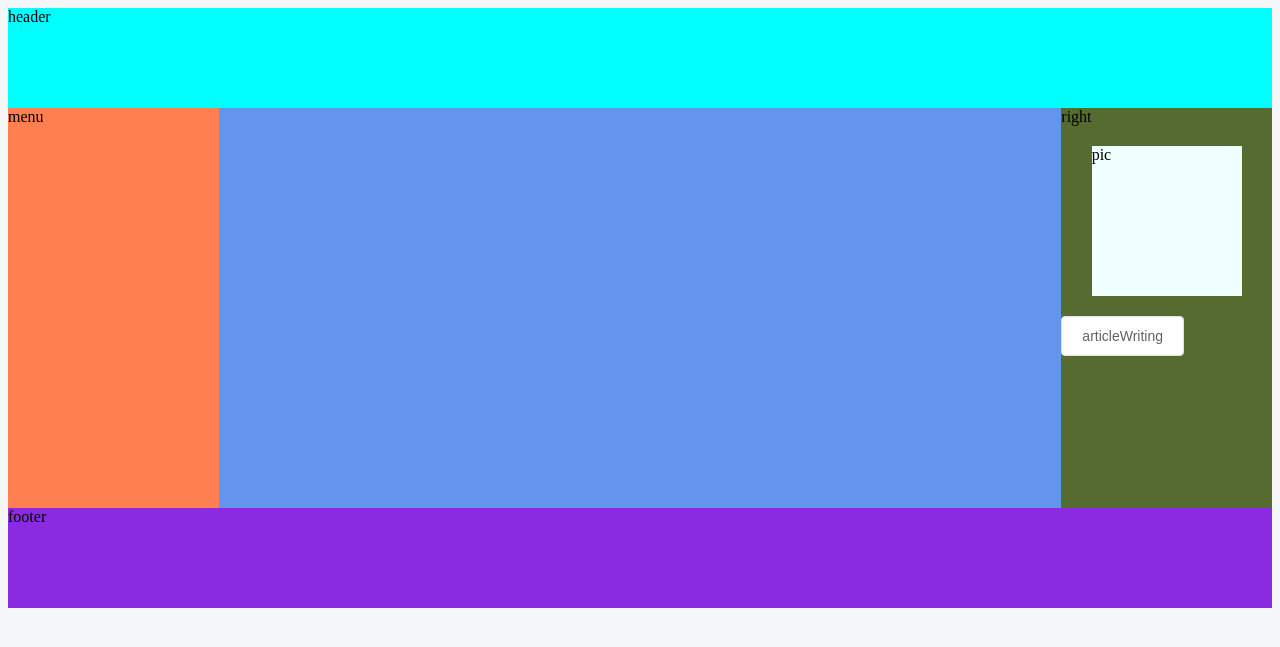
Repository: greden0814/myBlog
Page: /#/pages/myInfo
The author's editor kept a copy of each file at every save. The page is drawn from the files as they stood at one save, then again after the next save.
The browser window is 1280 px wide. The pictures show the whole page.
The page's requests for data from a server got no answer. The project was rebuilt for these pictures with package versions that can differ from the ones it lists, and the page was loaded fresh each time. No one was signed in, and anything a server would have sent is missing.

Above is the page before, as saved 2021-07-27 19:53:34.

### index.html
<!DOCTYPE html>
<html>
  <head>
    <meta charset="utf-8">
    <meta name="viewport" content="width=device-width,initial-scale=1.0">
    <title>myblog</title>
  </head>
  <body>
    <div id="app"></div>
    <!-- built files will be auto injected -->
  </body>
</html>

### src/main.js
// The Vue build version to load with the `import` command
// (runtime-only or standalone) has been set in webpack.base.conf with an alias.
import Vue from 'vue'
import App from './App'
import router from './router'
import ElementUI from 'element-ui'
import axios from '@/utils/request.js'
import 'element-ui/lib/theme-chalk/index.css'

Vue.use(ElementUI)
Vue.config.productionTip = false
Vue.prototype.$axios = axios

/* eslint-disable no-new */
new Vue({
  el: '#app',
  router,
  components: { App },
  template: '<App/>'
})

### src/App.vue
<template>
  <div id="app">
    <!-- <img src="./assets/logo.png"> -->
    <router-view/>
  </div>
</template>

<script>
export default {
  name: 'App'
}
</script>

<style>
  body {
    background-color: rgb(245, 246, 247);
  }
</style>

### src/router/index.js
import Vue from 'vue'
import Router from 'vue-router'

Vue.use(Router)

// const originalPush = Router.prototype.push
// Router.prototype.push = function push(location) {
//   return originalPush.call(this, location).catch(err => err)
// }
export default new Router({
  routes: [
    {
      path: '/',
      name: 'login',
      component: () => import('@/views/login')
    }, {
      path: '/pages/indexPage',
      name: 'myblog',
      component: () => import('@/views/indexPage')
    }, {
      path: '/pages/myInfo',
      name: 'myInfo',
      component: () => import('@/views/myInfo')
    },{
      path: '/pages/tableManage',
      name: 'tableManage',
      component: () => import('@/views/tableManage')
    },{
      path: '/pages/articles',
      name: 'articles',
      component: () => import('@/views/articles')
    },{
      path: '/pages/articles/writing',
      name: 'writing',
      component: () => import('@/views/articles/writing')
    }
  ]
})

### src/utils/request.js
import axios from "axios"
import qs from 'qs'

//根据环境变量区分接口默认地址这里看自己需求配
switch(process.env.NODE_ENV){
    case "production":
        axios.defaults.baseURL="http://127.0.0.1:3000"
        break;
    case "test":
        axios.defaults.baseURL="http://192.168.1.1"
        break;
    default:
        axios.defaults.baseURL="http://localhost:3000"
}

//设置超时时间和跨域是否携带凭证
axios.defaults.timeout=10000;
//设置CORS跨域允许携带凭证
axios.defaults.withCredentials=true;

// axios.defaults.headers['Content-Type']='application/x-www-form-urlencoded'
axios.defaults.headers['Content-Type']="application/json"

// axios.defaults.transformRequest=data=>qs.stringify(data)
// axios.defaults.transformRequest=data=>{
//     var params=''
//     for(let attr in data){
//         params+=attr+'='+data[attr]+'&'
//     }
//     params=params.substr(0,params.length-1)
//     return params
// }

//设置请求拦截器
//客户端发送请求=》请求拦截器=》服务器
// TOKEN校验（JWT）接收服务器返回的token
// 存储到vuex/本地存储中，每一次发请求我们应该吧token带上
axios.interceptors.request.use((config)=>{
    // 携带上token
    let token=localStorage.getItem('token')
    token&&(config.headers.Authorization=token)
    return config
},error=>{
    return Promise.reject(error)
})

//响应拦截器
//服务器返回信息=》拦截的统一处理=》客户端js获取到信息
// axios.defaults.validatestatus=status=>{
       //自定义响应成功的http状态码
//     return /^(2|3)\d{2}$/.test(status)
// }
axios.interceptors.response.use(response=>{
    return response.data;
    //看项目实际情况，这样写返回的数据就只有主体内容
},error=>{
    let {response} = error;
    if(response){
        //服务器最起码返回结果
        switch(response.status){
            case 401://=>权限问题，当前请求需要用户验证，一般是未登陆
                break;
            case 403://=>服务器已经理解请求，但是拒绝执行他，一般是token过期或session过期
                localStorage.removeItem('token')
                break;
            case 404://=>找不到页面
                break;
        }
    } else{
        //服务器连结果都没有返回
        if(!window.navigator.onLine){
            //如果客户端断网了:可以跳转到断网页面
            return
        }
        return Promise.reject(error)
        //可能是服务器错误返回一个promise
    }
});

export default axios

### src/views/myInfo/index.vue
<template>
  <div class="myInfo">
    <div class="header">header</div>
    <div class="body">
      <div class="left">menu</div>
      <div class="middle">

      </div>
      <div class="right">
        right
        <div class="pic">pic</div>
        <el-button @click="turnToArticleWriting">articleWriting</el-button>
      </div>
    </div>
    <div class="footer">footer</div>
  </div>
</template>
<script>
export default {
  data() {
    return {};
  },
  components: {
     'articleList': () => import('@/views/articles')
  },
  methods: {
    turnToArticleWriting() {
      this.$router.push({
        path: "/pages/articles/writing",
        params: {},
      });
    },
  },
};
</script>
<style lang="less" scoped>
.myInfo {
  .header {
    height: 100px;
    background-color: aqua;
  }
  .body {
    display: flex;
    height: 400px;
    .left {
      background-color: coral;
      flex: 2;
    }
    .middle {
      background-color: cornflowerblue;
      flex: 8;
    }
    .right {
      background-color: darkolivegreen;
      flex: 2;
      .pic {
        margin: 20px auto;
        width: 150px;
        height: 150px;
        background-color: azure;
      }
    }
  }
  .footer {
    height: 100px;
    background-color: blueviolet;
  }
}
</style>

### src/views/articles/index.vue
<template>
    <div class="article">
        <div class="title">
            title
        </div>
        <div class="discription">
            discription
        </div>
        <div class="content">
            content
        </div>
    </div>
</template>
<script>
export default {

}
</script>
<style lang="less" scoped>
    .article {
        width: 1010px;
        background-color: white;
        .title {
            background-color: royalblue;
        }
        .discription {
            background-color: saddlebrown;
        }
        .content {
            background-color: rgb(93, 98, 113);
        }
    }
</style>

After the next save:
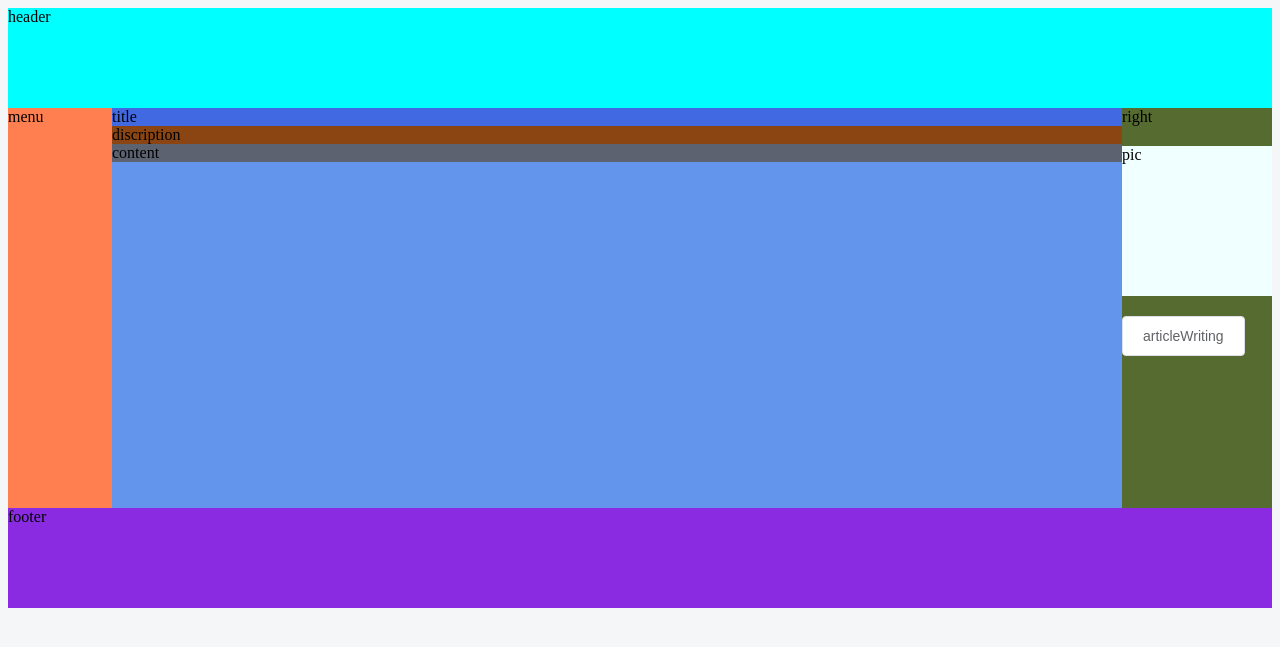
Saved 46 s later.
--- a/src/views/myInfo/index.vue
+++ b/src/views/myInfo/index.vue
@@ -4,7 +4,7 @@
     <div class="body">
       <div class="left">menu</div>
       <div class="middle">
-
+        <article-list/>
       </div>
       <div class="right">
         right
@@ -21,7 +21,7 @@ export default {
     return {};
   },
   components: {
-     'articleList': () => import('@/views/articles')
+     'article-list': () => import('@/views/articles')
   },
   methods: {
     turnToArticleWriting() {

After the 2 saves that followed:
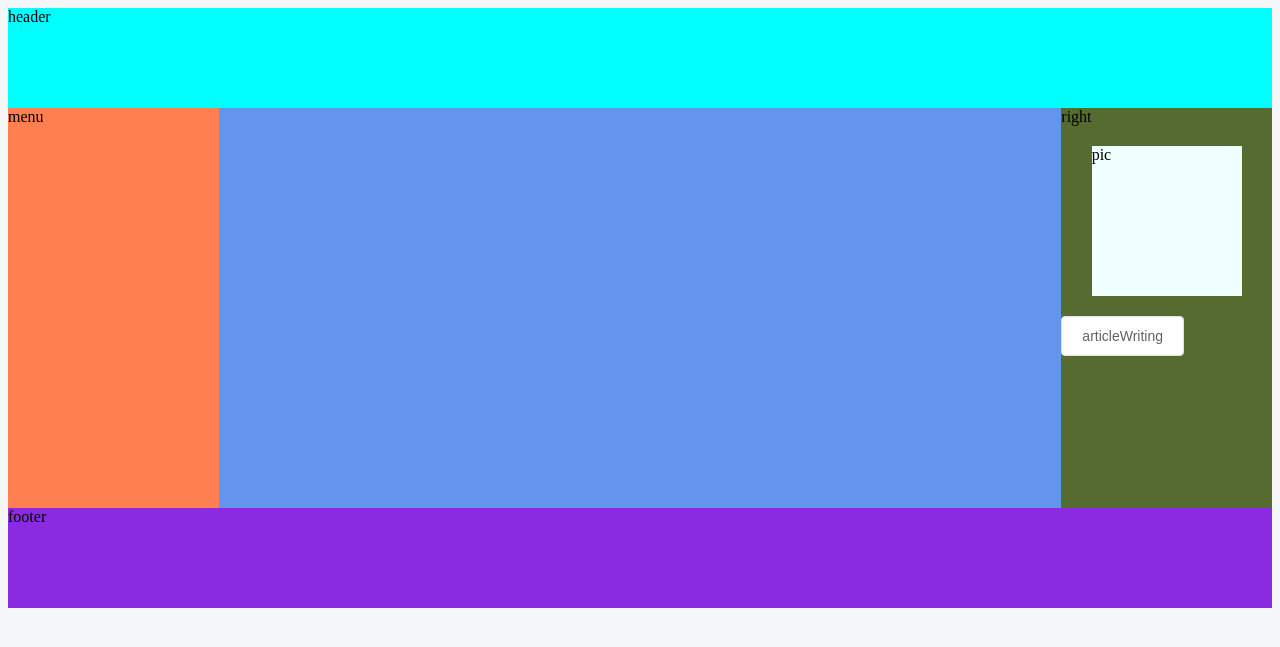
The 2 saves are shown as one change because 1 left the picture as it was.
The last was saved 7 min 21 s later.
--- a/src/views/articles/index.vue
+++ b/src/views/articles/index.vue
@@ -1,33 +1,51 @@
 <template>
-    <div class="article">
-        <div class="title">
-            title
-        </div>
-        <div class="discription">
-            discription
-        </div>
-        <div class="content">
-            content
-        </div>
+  <div class="articleList">
+    <div class="article" v-for="articles in articleList" :key="articles.id">
+        <div class="title">{{ articles.title }}</div>
+        <div class="discription">{{ articles.discription }}</div>
+        <div class="content">{{ articles.content }}</div>
     </div>
+  </div>
 </template>
 <script>
 export default {
-
-}
+  data() {
+    return {
+        articleList: []
+    };
+  },
+  created() {
+    this.getArticleList();
+  },
+  methods: {
+    getArticleList() {
+      this.$axios({
+        method: "post",
+        data: {
+          userid: sessionStorage.getItem("userID"),
+        },
+        url: "/api/getArticleList",
+      }).then((res) => {
+        console.log(res);
+        if (res.success) {
+        }
+      });
+    },
+  },
+};
 </script>
 <style lang="less" scoped>
-    .article {
-        width: 1010px;
-        background-color: white;
-        .title {
-            background-color: royalblue;
-        }
-        .discription {
-            background-color: saddlebrown;
-        }
-        .content {
-            background-color: rgb(93, 98, 113);
-        }
-    }
+.article {
+  width: 1010px;
+  background-color: white;
+  .title {
+    background-color: royalblue;
+  }
+  .discription {
+    background-color: saddlebrown;
+  }
+  .content {
+    background-color: rgb(93, 98, 113);
+  }
+}
 </style>
